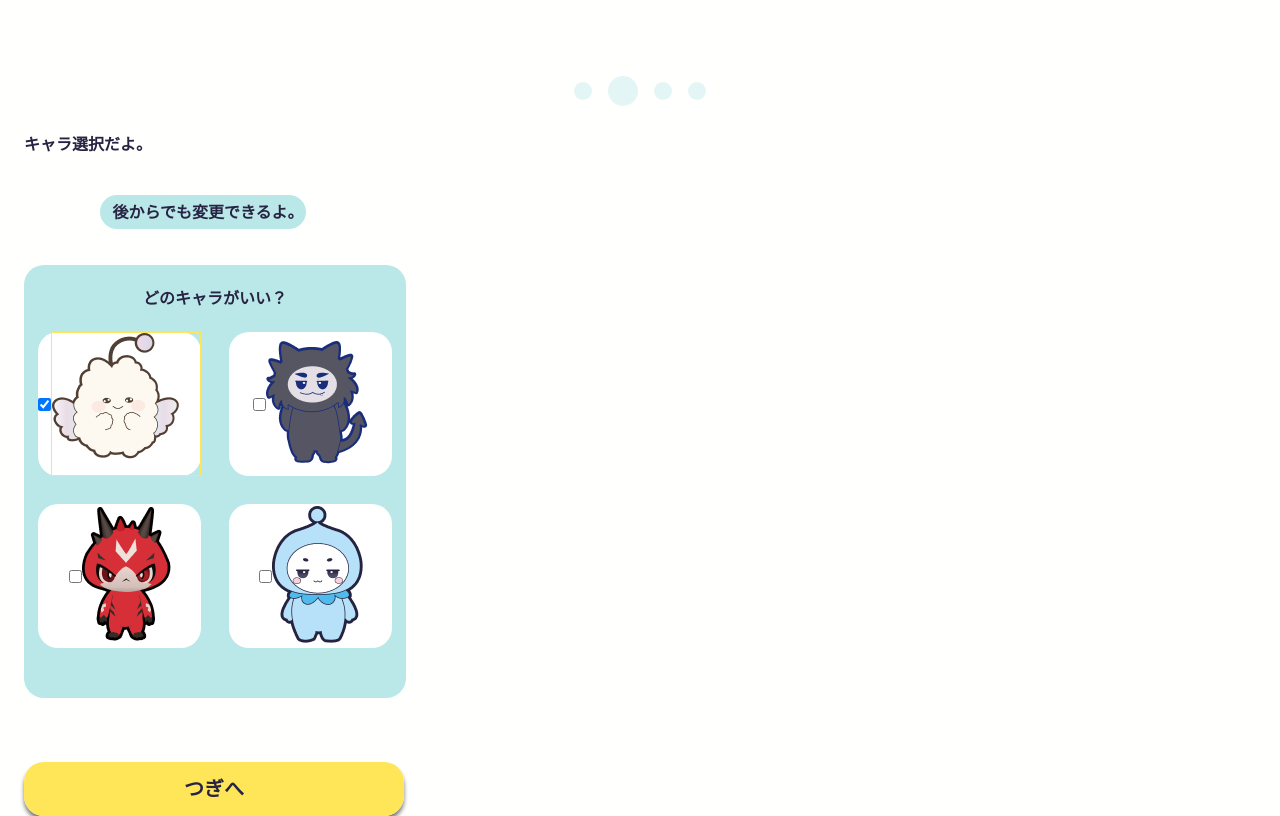
Repository: misaki0919/Self-care
Page: character.html
An editor plug-in stored every save of this project. The page is shown before and after the next save, followed by the edit.
The browser window is 1280 px wide. The pictures show the whole page.
The first `input[type="checkbox"]` is checked.
Some web fonts or font styles are not loaded; a fallback is used.

Above is the page before, as saved 2026-07-19 10:04:58.

After the next save:
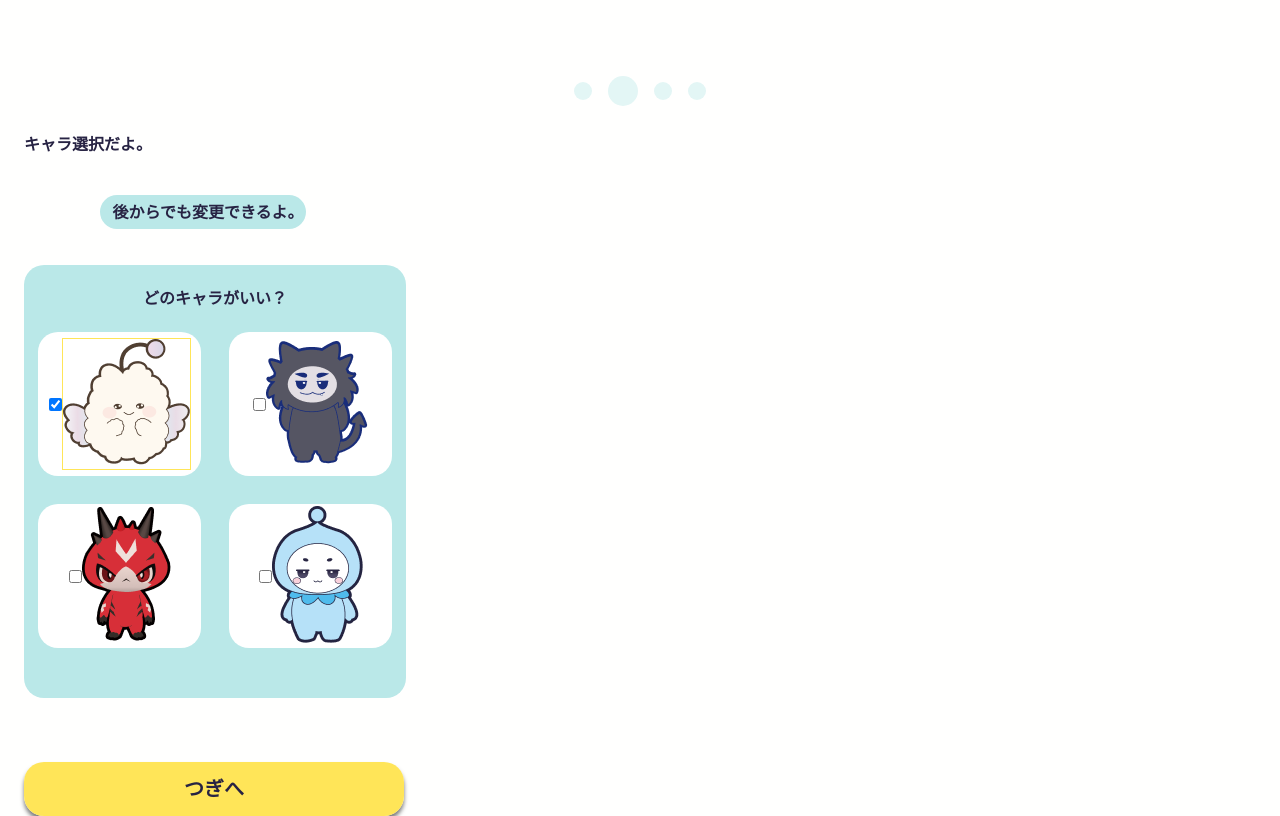
Saved 56 s later.
--- a/css/character.css
+++ b/css/character.css
@@ -95,8 +95,7 @@
         }
         input[type="checkbox"]:checked + label{
             border: solid 1px #FFE558;
-            width:163px;
-            height: 144px;
+
         }
 
     }
